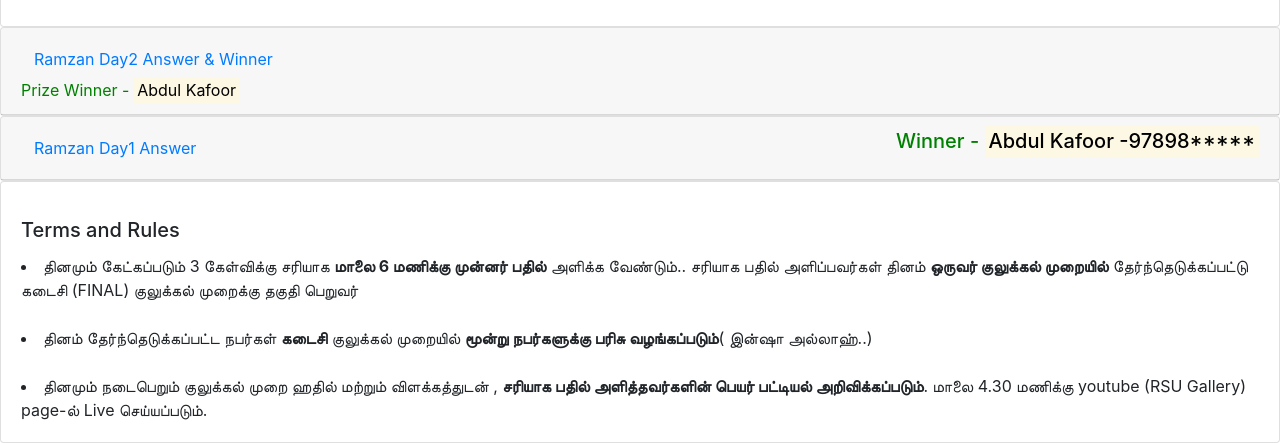
Repository: rsusolutions/RSU-Website
Page: quiz/ramzan2019.html
The author's editor kept a copy of each file at every save. The page is drawn from the files as they stood at one save, then again after the next save.
The browser window is 1280 px wide. The pictures show the part of the page from y = 892 to 1351 px (the page is 1335 px tall before and 1351 px after).
Some web libraries are served in a nearby version.

Above is the page before, as saved 2020-04-21 20:27:56.

### quiz/ramzan2019.html
<!doctype html>
<html lang="en">
  <head>
    <!-- Required meta tags -->
    <meta charset="utf-8">
    <meta name="viewport" content="width=device-width, initial-scale=1, shrink-to-fit=no">

    <!-- Bootstrap CSS -->
    <link rel="stylesheet" href="https://maxcdn.bootstrapcdn.com/bootstrap/4.0.0/css/bootstrap.min.css" integrity="sha384-Gn5384xqQ1aoWXA+058RXPxPg6fy4IWvTNh0E263XmFcJlSAwiGgFAW/dAiS6JXm" crossorigin="anonymous">
    <link rel="stylesheet" href="style.css">
    <script src="script.js"></script>

    <title>quiz</title>
  </head>
  <body>
    <h1>Ramzan Quiz- win Prizes</h1>

    <div id="accordion">
  <div class="card">
    <div class="card-header" id="headingOne">
      <h5 class="mb-0">
        <button class="btn btn-link" data-toggle="collapse" data-target="#collapseOne" aria-expanded="true" aria-controls="collapseOne">
          Ramzan Day3 Questions
        </button>

        <span id="the-final-countdown" style="color: red;" class="float-right"></span>

      </h5>
    </div>

    <div id="collapseOne" class="collapse show" aria-labelledby="headingOne" data-parent="#accordion">
      <div class="card-body">
        <iframe src="https://docs.google.com/forms/d/e/1FAIpQLSd6UtygYL3RCOFx44gQwIOitrrmlKy3ZG4qlwYZ9wipGIknxw/viewform?embedded=true" width="640" height="752" frameborder="0" marginheight="0" marginwidth="0">Loading…</iframe>
      </div>
    </div>
  </div>
  <div class="card">
    <div class="card-header" id="headingTwo">
      <h5 class="mb-0">
        <button class="btn btn-link collapsed" data-toggle="collapse" data-target="#collapseTwo" aria-expanded="false" aria-controls="collapseTwo">
          Ramzan Day2 Answer & Winner
        </button>

      </h5>
      <span style="color: green; margin: center;">Prize Winner - <mark>Abdul Kafoor </span>
    </div>
    <div id="collapseTwo" class="collapse" aria-labelledby="headingTwo" data-parent="#accordion">
      <div class="card-body">
       <div class="card" style="">
          <p></mark></p>
          <div class="card-body">
            <h5 class="card-title">1. Question 1</h5>
            <p class="card-text"><span>&#9989;</span> A) Some quick example text to build on the card title and make up the bulk of the card's content.</p>
            <p class="card-text">B) Some quick example text to build on the card title and make up the bulk of the card's content.</p>
            <p class="card-text">C) Some quick example text to build on the card title and make up the bulk of the card's content.</p>
            <p class="card-text">D) Some quick example text to build on the card title and make up the bulk of the card's content.</p>

            <div class="card-header">
    Correct Answers
  </div>
  <ul class="list-group list-group-flush">
    <li class="list-group-item">Kafoor</li>
    <li class="list-group-item">Abdul</li>
    <li class="list-group-item">abdul</li>
  </ul>
          </div>
        </div>
      </div>
    </div>
  </div>
  <div class="card">
    <div class="card-header" id="headingThree">
      <h5 class="mb-0">
        <button class="btn btn-link collapsed" data-toggle="collapse" data-target="#collapseThree" aria-expanded="false" aria-controls="collapseThree">
          Ramzan Day1 Answer
        </button>
        <span style="color: green;" class="float-right">Winner - <mark>Abdul Kafoor -97898*****</span>
      </h5>
    </div>
    <div id="collapseThree" class="collapse" aria-labelledby="headingThree" data-parent="#accordion">
      <div class="card-body">
        <div class="card" style="">
          <p></mark></p>
          <div class="card-body">
            <h5 class="card-title">1. Question 1</h5>
            <p class="card-text"><span>&#9989;</span> A) Some quick example text to build on the card title and make up the bulk of the card's content.</p>
            <p class="card-text">B) Some quick example text to build on the card title and make up the bulk of the card's content.</p>
            <p class="card-text">C) Some quick example text to build on the card title and make up the bulk of the card's content.</p>
            <p class="card-text">D) Some quick example text to build on the card title and make up the bulk of the card's content.</p>
          </div>
        </div>
      </div>
    </div>
  </div>
</div>

<div class="card" style="">
          <p></mark></p>
          <div class="card-body">
            <h5 class="card-title">Terms and Rules</h5>
            <li class="card-text"> தினமும் கேட்கப்படும் 3 கேள்விக்கு சரியாக <b>மாலை 6 மணிக்கு முன்னர் பதில்</b> அளிக்க வேண்டும்.. சரியாக பதில் அளிப்பவர்கள் தினம் <b>ஒருவர் குலுக்கல் முறையில்</b> தேர்ந்தெடுக்கப்பட்டு கடைசி (FINAL) குலுக்கல் முறைக்கு தகுதி பெறுவர்</li><br>
            <li class="card-text"> தினம் தேர்ந்தெடுக்கப்பட்ட நபர்கள் <b>கடைசி</b> குலுக்கல் முறையில் <b>மூன்று நபர்களுக்கு பரிசு வழங்கப்படும்</b>( இன்ஷா அல்லாஹ்..)</li><br>
            <li class="card-text"> தினமும் நடைபெறும் குலுக்கல் முறை ஹதில் மற்றும் விளக்கத்துடன் , <b>சரியாக பதில் அளித்தவர்களின் பெயர் பட்டியல் அறிவிக்கப்படும்</b>. மாலை 4.30 மணிக்கு youtube (RSU Gallery) page-ல் Live செய்யப்படும்.</li>

          </div>
        </div>



    <!-- Optional JavaScript -->
    <!-- jQuery first, then Popper.js, then Bootstrap JS -->
    <script src="https://code.jquery.com/jquery-3.2.1.slim.min.js" integrity="sha384-KJ3o2DKtIkvYIK3UENzmM7KCkRr/rE9/Qpg6aAZGJwFDMVNA/GpGFF93hXpG5KkN" crossorigin="anonymous"></script>
    <script src="https://cdnjs.cloudflare.com/ajax/libs/popper.js/1.12.9/umd/popper.min.js" integrity="sha384-ApNbgh9B+Y1QKtv3Rn7W3mgPxhU9K/ScQsAP7hUibX39j7fakFPskvXusvfa0b4Q" crossorigin="anonymous"></script>
    <script src="https://maxcdn.bootstrapcdn.com/bootstrap/4.0.0/js/bootstrap.min.js" integrity="sha384-JZR6Spejh4U02d8jOt6vLEHfe/JQGiRRSQQxSfFWpi1MquVdAyjUar5+76PVCmYl" crossorigin="anonymous"></script>
  </body>
</html>

### quiz/style.css
@import url(https://fonts.googleapis.com/css?family=Lato:100,400);
/* #the-final-countdown {
  background: #333;
  font-family: 'Lato', sans-serif;
  text-align: center;
  color: #eee;
  text-shadow: 1px 1px 5px black;
  padding: 1rem 0;
  font-size: 3rem;
  border: 1px solid #000;
} */

### quiz/script.js
setInterval(function time() {
    var d = new Date();
    var hours = 18 - d.getHours();
    var min = 60 - d.getMinutes();
    if ((min + "").length == 1) {
        min = "0" + min;
    }
    var sec = 60 - d.getSeconds();
    if ((sec + "").length == 1) {
        sec = "0" + sec;
    }
    if(hours<0||min<0||sec<0){
        jQuery("#the-final-countdown").text("Time Up");
    }
    else{

        jQuery("#the-final-countdown").text("Time Left "+hours + ":" + min + ":" + sec);
    }
}, 1000);

After the next save:
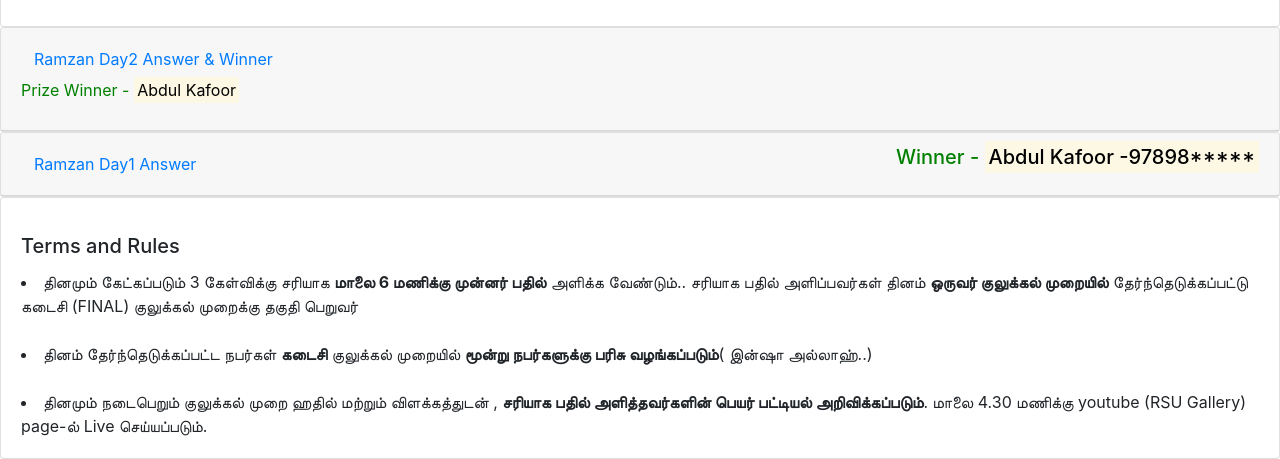
Saved 97 s later.
--- a/quiz/ramzan2019.html
+++ b/quiz/ramzan2019.html
@@ -42,7 +42,7 @@
         </button>
 
       </h5>
-      <span style="color: green; margin: center;">Prize Winner - <mark>Abdul Kafoor </span>
+      <p style="color: green; margin: center;">Prize Winner - <mark>Abdul Kafoor </p>
     </div>
     <div id="collapseTwo" class="collapse" aria-labelledby="headingTwo" data-parent="#accordion">
       <div class="card-body">
